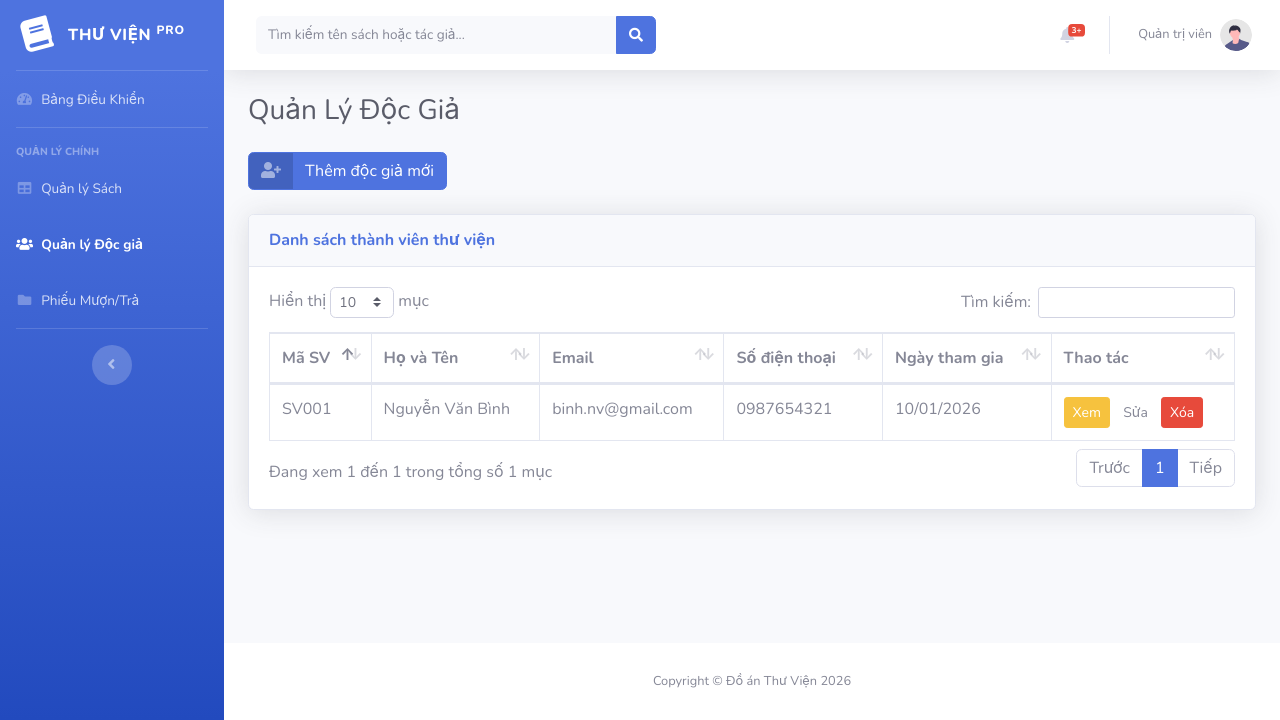
Repository: anhduong030409/LibraryManagement
Page: http://localhost/LibraryManagement/users-list.jsp
An editor plug-in stored every save of this project. The page is shown before and after the next save, followed by the edit.
The browser window is 1280 px wide. The pictures show the whole page.
The page is served by Tomcat 9. Other server files are loaded and not shown.

Above is the page before, as saved 2026-03-13 10:51:26.

### LibraryManagement/src/main/webapp/users-list.jsp
<%@ page language="java" contentType="text/html; charset=UTF-8" pageEncoding="UTF-8"%>
<!DOCTYPE html>
<html lang="vi">
<head>
    <meta charset="utf-8">
    <meta http-equiv="X-UA-Compatible" content="IE=edge">
    <meta name="viewport" content="width=device-width, initial-scale=1, shrink-to-fit=no">
    <title>Thư Viện Pro - Quản Lý Độc Giả</title>
    <link href="${pageContext.request.contextPath}/vendor/fontawesome-free/css/all.min.css" rel="stylesheet" type="text/css">
    <link href="${pageContext.request.contextPath}/css/sb-admin-2.min.css" rel="stylesheet">
    <link href="${pageContext.request.contextPath}/vendor/datatables/dataTables.bootstrap4.min.css" rel="stylesheet">
    <link href="https://fonts.googleapis.com/css?family=Nunito:200,200i,300,300i,400,400i,600,600i,700,700i,800,800i,900,900i" rel="stylesheet">
</head>

<body id="page-top">
    <div id="wrapper">
        <jsp:include page="sidebar.jsp"></jsp:include>

        <div id="content-wrapper" class="d-flex flex-column">
            <div id="content">
                <jsp:include page="navbar.jsp"></jsp:include>

                <div class="container-fluid">
                	<div class="d-sm-flex align-items-center justify-content-between mb-4">
                        <h1 class="h3 mb-0 text-gray-800">Quản Lý Độc Giả</h1>
                    </div>

                    <div class="mb-4">
                        <a href="#" class="btn btn-primary btn-icon-split">
                            <span class="icon text-white-50"><i class="fas fa-user-plus"></i></span>
                            <span class="text">Thêm độc giả mới</span>
                        </a>
                    </div>

                    <div class="card shadow mb-4">
                        <div class="card-header py-3">
                            <h6 class="m-0 font-weight-bold text-primary">Danh sách thành viên thư viện</h6>
                        </div>
                        <div class="card-body">
                            <div class="table-responsive">
                                <table class="table table-bordered" id="dataTable" width="100%" cellspacing="0">
                                    <thead>
                                        <tr>
                                            <th>Mã SV</th>
                                            <th>Họ và Tên</th>
                                            <th>Email</th>
                                            <th>Số điện thoại</th>
                                            <th>Ngày tham gia</th>
                                            <th>Thao tác</th>
                                        </tr>
                                    </thead>
                                    <tbody>
                                        <tr>
                                            <td>SV001</td>
                                            <td>Nguyễn Văn Bình</td>
                                            <td>binh.nv@gmail.com</td>
                                            <td>0987654321</td>
                                            <td>10/01/2026</td>
                                            <td>
                                                <a href="#" class="btn btn-warning btn-sm">
                                                    Xem
                                                </a>
                                                <a href="#" class="btn btn-infor btn-sm">
                                                    Sửa
                                                </a>
                                                <a href="#" class="btn btn-danger btn-sm" title="Xóa">
                                                    Xóa
                                                </a>
                                            </td>
                                        </tr>
                                    </tbody>
                                </table>
                            </div>
                        </div>
                    </div>
                </div>
            </div>
            <jsp:include page="footer.jsp"></jsp:include>
        </div>
    </div>

    <script src="${pageContext.request.contextPath}/vendor/jquery/jquery.min.js"></script>
    <script src="${pageContext.request.contextPath}/vendor/bootstrap/js/bootstrap.bundle.min.js"></script>
    <script src="${pageContext.request.contextPath}/js/sb-admin-2.min.js"></script>
    <script src="${pageContext.request.contextPath}/vendor/datatables/jquery.dataTables.min.js"></script>
    <script src="${pageContext.request.contextPath}/vendor/datatables/dataTables.bootstrap4.min.js"></script>

    <script>
        $(document).ready(function() {
            $('#dataTable').DataTable({
                "language": {
                    "sProcessing":   "Đang xử lý...",
                    "sLengthMenu":   "Hiển thị _MENU_ mục",
                    "sZeroRecords":  "Không tìm thấy kết quả nào phù hợp",
                    "sInfo":         "Đang xem _START_ đến _END_ trong tổng số _TOTAL_ mục",
                    "sInfoEmpty":    "Đang xem 0 đến 0 trong tổng số 0 mục",
                    "sInfoFiltered": "(được lọc từ _MAX_ mục)",
                    "sSearch":       "Tìm kiếm:",
                    "oPaginate": {
                        "sFirst":    "Đầu",
                        "sPrevious": "Trước",
                        "sNext":     "Tiếp",
                        "sLast":     "Cuối"
                    }
                }
            });
        });
    </script>
</body>
</html>

### LibraryManagement/src/main/webapp/sidebar.jsp
<%@ page language="java" contentType="text/html; charset=UTF-8"
    pageEncoding="UTF-8"%>
<!DOCTYPE html>
<html>
<head>
<meta charset="UTF-8">
</head>
<body>
	<%
    // Lấy tên file hiện tại đang chạy
    String uri = request.getRequestURI();
    String currentPage = uri.substring(uri.lastIndexOf("/") + 1);
	%>
	<ul class="navbar-nav bg-gradient-primary sidebar sidebar-dark accordion" id="accordionSidebar">
	            <a class="sidebar-brand d-flex align-items-center justify-content-center" href="index_1.jsp">
	                <div class="sidebar-brand-icon rotate-n-15">
	                    <i class="fas fa-book"></i>
	                </div>
	                <div class="sidebar-brand-text mx-3">Thư Viện <sup>Pro</sup></div>
	            </a>

	            <hr class="sidebar-divider my-0">
	            <li class="nav-item <%= (currentPage.equals("index_1.jsp") || currentPage.equals("")) ? "active" : "" %>">
	                <a class="nav-link" href="index_1.jsp">
	                    <i class="fas fa-fw fa-tachometer-alt"></i>
	                    <span>Bảng Điều Khiển</span></a>
	            </li>
	            <hr class="sidebar-divider">
	            <div class="sidebar-heading">Quản lý chính</div>

	            <li class="nav-item <%= currentPage.equals("books-list.jsp") ? "active" : "" %>">
	                <a class="nav-link" href="books">
	                    <i class="fas fa-fw fa-table"></i>
	                    <span>Quản lý Sách</span></a>
	            </li>
	            <li class="nav-item <%= currentPage.equals("users-list.jsp") ? "active" : "" %>">
	                <a class="nav-link" href="users-list.jsp">
	                    <i class="fas fa-fw fa-users"></i>
	                    <span>Quản lý Độc giả</span></a>
	            </li>
	            <li class="nav-item <%= currentPage.equals("borrow-list.jsp") ? "active" : "" %>">
	                <a class="nav-link" href="borrow-list.jsp">
	                    <i class="fas fa-fw fa-folder"></i>
	                    <span>Phiếu Mượn/Trả</span></a>
	            </li>

	            <hr class="sidebar-divider d-none d-md-block">
	            <div class="text-center d-none d-md-inline">
	                <button class="rounded-circle border-0" id="sidebarToggle"></button>
	            </div>
	        </ul>

</body>
</html>

### LibraryManagement/src/main/webapp/navbar.jsp
<%@ page language="java" contentType="text/html; charset=UTF-8" pageEncoding="UTF-8"%>

<nav class="navbar navbar-expand navbar-light bg-white topbar mb-4 static-top shadow">

    <button id="sidebarToggleTop" class="btn btn-link d-md-none rounded-circle mr-3">
        <i class="fa fa-bars"></i>
    </button>

    <form action="search-nav" method="get" class="d-none d-sm-inline-block form-inline mr-auto ml-md-3 my-2 my-md-0 mw-100 navbar-search">
	    <div class="input-group">
	        <input type="text" name="txt" class="form-control bg-light border-0 small" placeholder="Tìm kiếm tên sách hoặc tác giả..." aria-label="Search" aria-describedby="basic-addon2">
	        <div class="input-group-append">
	            <button class="btn btn-primary" type="submit">
	                <i class="fas fa-search fa-sm"></i>
	            </button>
	        </div>
	    </div>
	</form>

    <ul class="navbar-nav ml-auto">

        <li class="nav-item dropdown no-arrow mx-1">
            <a class="nav-link dropdown-toggle" href="#" id="alertsDropdown" role="button" data-toggle="dropdown">
                <i class="fas fa-bell fa-fw"></i>
                <span class="badge badge-danger badge-counter">3+</span>
            </a>
            <div class="dropdown-list dropdown-menu dropdown-menu-right shadow animated--grow-in">
                <h6 class="dropdown-header">Trung tâm thông báo</h6>
                <a class="dropdown-item d-flex align-items-center" href="#">
                    <div class="mr-3">
                        <div class="icon-circle bg-primary"><i class="fas fa-file-alt text-white"></i></div>
                    </div>
                    <div>
                        <div class="small text-gray-500">12/03/2026</div>
                        <span class="font-weight-bold">Báo cáo tháng mới đã sẵn sàng!</span>
                    </div>
                </a>
                <a class="dropdown-item text-center small text-gray-500" href="#">Xem tất cả thông báo</a>
            </div>
        </li>

        <div class="topbar-divider d-none d-sm-block"></div>

        <li class="nav-item dropdown no-arrow">
            <a class="nav-link dropdown-toggle" href="#" id="userDropdown" role="button" data-toggle="dropdown">
                <span class="mr-2 d-none d-lg-inline text-gray-600 small">Quản trị viên</span>
                <img class="img-profile rounded-circle" src="${pageContext.request.contextPath}/img/undraw_profile.svg">
            </a>
            <div class="dropdown-menu dropdown-menu-right shadow animated--grow-in">
                <a class="dropdown-item" href="#">
                    <i class="fas fa-user fa-sm fa-fw mr-2 text-gray-400"></i> Hồ sơ cá nhân
                </a>
                <a class="dropdown-item" href="#">
                    <i class="fas fa-cogs fa-sm fa-fw mr-2 text-gray-400"></i> Cài đặt
                </a>
                <div class="dropdown-divider"></div>

                <a class="dropdown-item" href="${pageContext.request.contextPath}/login.jsp">
                    <i class="fas fa-sign-out-alt fa-sm fa-fw mr-2 text-gray-400"></i> Đăng xuất
                </a>
            </div>
        </li>

    </ul>
</nav>

### LibraryManagement/src/main/webapp/footer.jsp
<%@ page language="java" contentType="text/html; charset=UTF-8"
    pageEncoding="UTF-8"%>
<!DOCTYPE html>
<html>
<head>
<meta charset="UTF-8">
<title>Insert title here</title>
</head>
<body>
	<footer class="sticky-footer bg-white">
                <div class="container my-auto">
                    <div class="copyright text-center my-auto">
                        <span>Copyright &copy; Đồ án Thư Viện 2026</span>
                    </div>
                </div>
            </footer>

</body>
</html>

### LibraryManagement/src/main/webapp/img/undraw_profile.svg
<?xml version="1.0" encoding="utf-8"?>
<!-- Generator: Adobe Illustrator 25.0.0, SVG Export Plug-In . SVG Version: 6.00 Build 0)  -->
<svg version="1.1" id="Layer_1" xmlns="http://www.w3.org/2000/svg" xmlns:xlink="http://www.w3.org/1999/xlink" x="0px" y="0px"
	 viewBox="0 0 108.3 108.3" style="enable-background:new 0 0 108.3 108.3;" xml:space="preserve">
<style type="text/css">
	.st0{fill:#E6E6E6;}
	.st1{fill:#FFB8B8;}
	.st2{fill:#575A89;}
	.st3{fill:#2F2E41;}
</style>
<g id="Group_45" transform="translate(-191 -152.079)">
	<g id="Group_30" transform="translate(282.246 224.353)">
		<path id="Path_944" class="st0" d="M17.1-18.1c0,10.5-3,20.8-8.8,29.6c-1.2,1.9-2.5,3.6-4,5.3c-3.4,4-7.3,7.4-11.6,10.3
			c-1.2,0.8-2.4,1.5-3.6,2.2c-6.5,3.6-13.7,5.8-21,6.5c-1.7,0.2-3.4,0.2-5.1,0.2c-4.7,0-9.4-0.6-14-1.8c-2.6-0.7-5.1-1.6-7.6-2.6
			c-1.3-0.5-2.5-1.1-3.7-1.8c-2.9-1.5-5.6-3.3-8.2-5.3c-1.2-0.9-2.3-1.9-3.4-2.9C-95.8,1.3-97.1-33-76.8-54.9s54.6-23.3,76.5-2.9
			C10.8-47.6,17.1-33.2,17.1-18.1L17.1-18.1z"/>
		<path id="Path_945" class="st1" d="M-50.2-13.2c0,0,4.9,13.7,1.1,21.4s6,16.4,6,16.4s25.8-13.1,22.5-19.7s-8.8-15.3-7.7-20.8
			L-50.2-13.2z"/>
		<ellipse id="Ellipse_185" class="st1" cx="-40.6" cy="-25.5" rx="17.5" ry="17.5"/>
		<path id="Path_946" class="st2" d="M-51.1,34.2c-2.6-0.7-5.1-1.6-7.6-2.6l0.5-13.3l4.9-11c1.1,0.9,2.3,1.6,3.5,2.3
			c0.3,0.2,0.6,0.3,0.9,0.5c4.6,2.2,12.2,4.2,19.5-1.3c2.7-2.1,5-4.7,6.7-7.6L-8.8,9l0.7,8.4l0.8,9.8c-1.2,0.8-2.4,1.5-3.6,2.2
			c-6.5,3.6-13.7,5.8-21,6.5c-1.7,0.2-3.4,0.2-5.1,0.2C-41.8,36.1-46.5,35.4-51.1,34.2z"/>
		<path id="Path_947" class="st2" d="M-47.7-0.9L-47.7-0.9l-0.7,7.2l-0.4,3.8l-0.5,5.6l-1.8,18.5c-2.6-0.7-5.1-1.6-7.6-2.6
			c-1.3-0.5-2.5-1.1-3.7-1.8c-2.9-1.5-5.6-3.3-8.2-5.3l-1.9-9l0.1-0.1L-47.7-0.9z"/>
		<path id="Path_948" class="st2" d="M-10.9,29.3c-6.5,3.6-13.7,5.8-21,6.5c0.4-6.7,1-13.1,1.6-18.8c0.3-2.9,0.7-5.7,1.1-8.2
			c1.2-8,2.5-13.5,3.4-14.2l6.1,4L4.9,7.3l-0.5,9.5c-3.4,4-7.3,7.4-11.6,10.3C-8.5,27.9-9.7,28.7-10.9,29.3z"/>
		<path id="Path_949" class="st2" d="M-70.5,24.6c-1.2-0.9-2.3-1.9-3.4-2.9l0.9-6.1l0.7-0.1l3.1-0.4l6.8,14.8
			C-65.2,28.3-67.9,26.6-70.5,24.6L-70.5,24.6z"/>
		<path id="Path_950" class="st2" d="M8.3,11.5c-1.2,1.9-2.5,3.6-4,5.3c-3.4,4-7.3,7.4-11.6,10.3c-1.2,0.8-2.4,1.5-3.6,2.2l-0.6-2.8
			l3.5-9.1l4.2-11.1l8.8,1.1C6.1,8.7,7.2,10.1,8.3,11.5z"/>
		<path id="Path_951" class="st3" d="M-23.9-41.4c-2.7-4.3-6.8-7.5-11.6-8.9l-3.6,2.9l1.4-3.3c-1.2-0.2-2.3-0.2-3.5-0.2l-3.2,4.1
			l1.3-4c-5.6,0.7-10.7,3.7-14,8.3c-4.1,5.9-4.8,14.1-0.8,20c1.1-3.4,2.4-6.6,3.5-9.9c0.9,0.1,1.7,0.1,2.6,0l1.3-3.1l0.4,3
			c4.2-0.4,10.3-1.2,14.3-1.9l-0.4-2.3l2.3,1.9c1.2-0.3,1.9-0.5,1.9-0.7c2.9,4.7,5.8,7.7,8.8,12.5C-22.1-29.8-20.2-35.3-23.9-41.4z"
			/>
		<ellipse id="Ellipse_186" class="st1" cx="-24.9" cy="-26.1" rx="1.2" ry="2.4"/>
	</g>
</g>
</svg>

Loaded but not shown: LibraryManagement/src/main/webapp/css/sb-admin-2.min.css (library); LibraryManagement/src/main/webapp/js/sb-admin-2.min.js (common file)

After the next save:
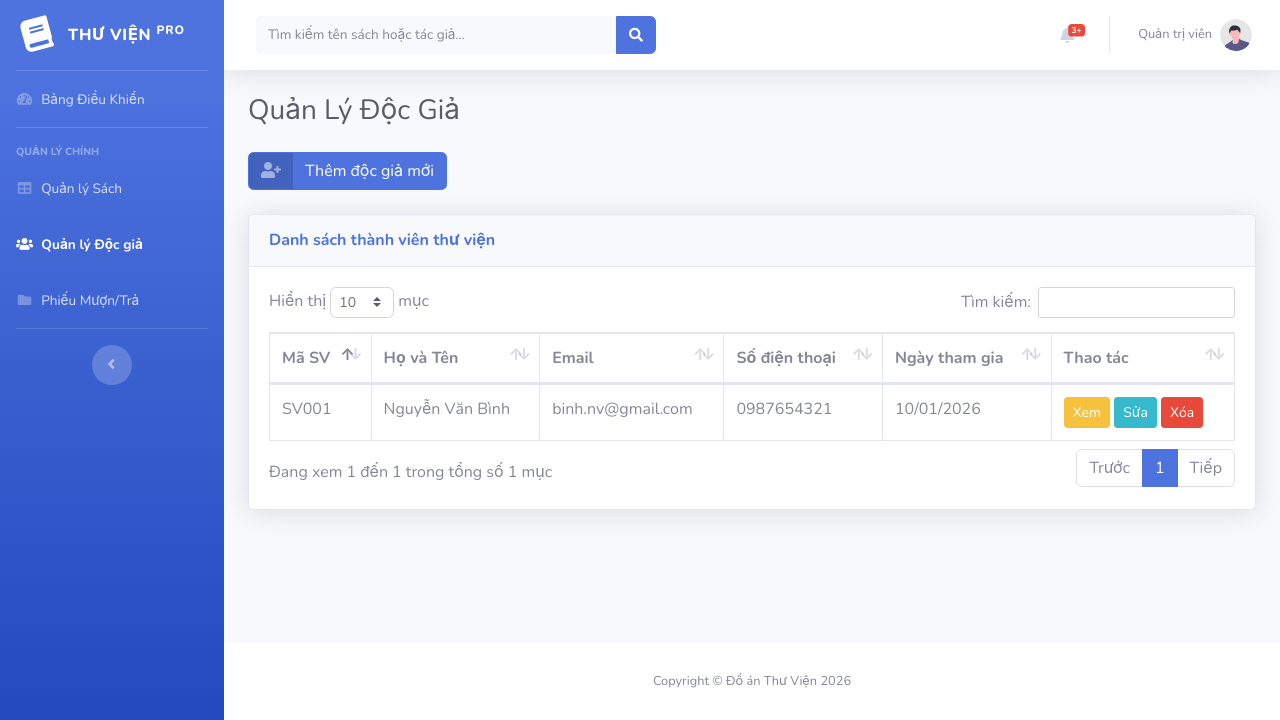
Saved 9 s later.
--- a/LibraryManagement/src/main/webapp/users-list.jsp
+++ b/LibraryManagement/src/main/webapp/users-list.jsp
@@ -60,7 +60,7 @@
                                                 <a href="#" class="btn btn-warning btn-sm">
                                                     Xem
                                                 </a>
-                                                <a href="#" class="btn btn-infor btn-sm">
+                                                <a href="#" class="btn btn-info btn-sm">
                                                     Sửa
                                                 </a>
                                                 <a href="#" class="btn btn-danger btn-sm" title="Xóa">
